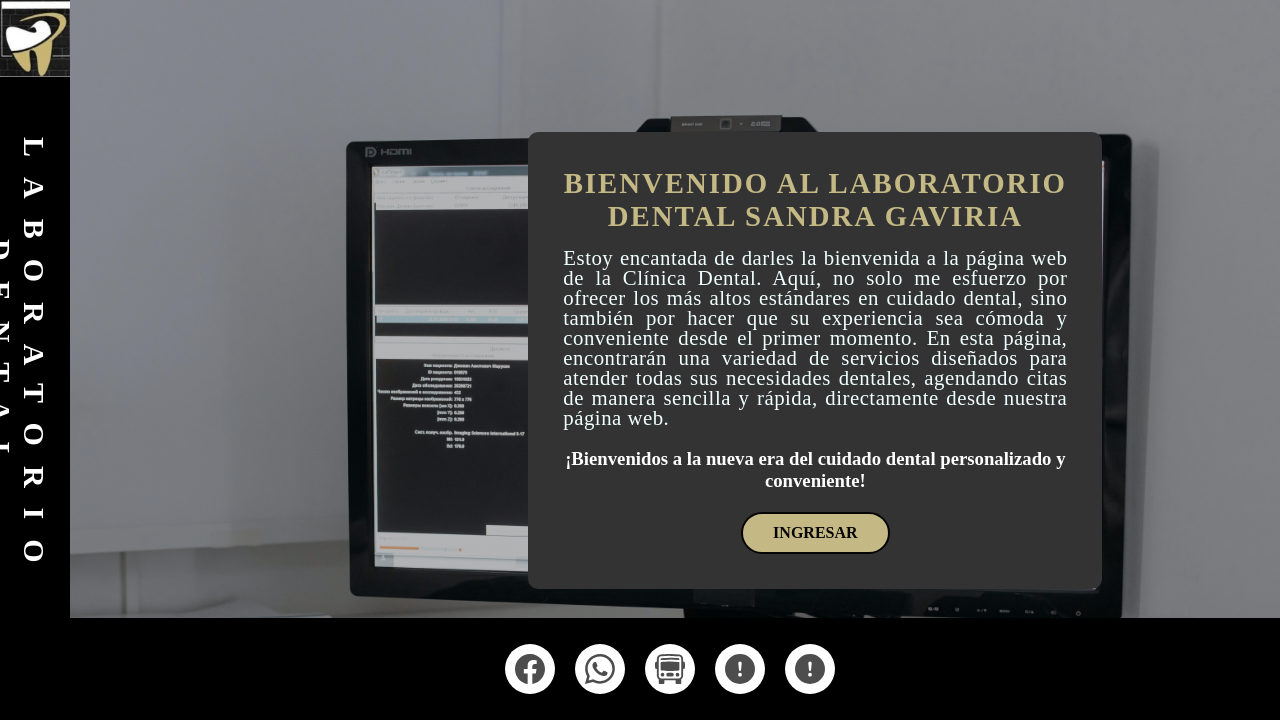
Repository: IIntef/ProyectoDental2.0
Page: Proyecto/Proyecto/Fer.html
The author's editor kept a copy of each file at every save. The page is drawn from the files as they stood at one save, then again after the next save.
The browser window is 1280 px wide. The pictures show the whole page.

Above is the page before, as saved 2024-06-21 14:03:44.

### Proyecto/Proyecto/Fer.html
<!DOCTYPE html>
<html lang="en">
<head>
    <meta charset="UTF-8">
    <meta name="viewport" content="width=device-width, initial-scale=1.0">
    <title>Inicio</title>
    <link rel="stylesheet" href="StyleFer.css">
<body>
    <header>
        <img src="Logo.jpeg" alt="Logo Laboratorio Dental">
        <h1>LABORATORIO DENTAL</h1>
    </header>
    <main>
        <div class="container">
            <h2>BIENVENIDO AL LABORATORIO DENTAL SANDRA GAVIRIA</h2>
            <p>Estoy encantada de darles la bienvenida a la página web de la Clínica Dental. Aquí, no solo me esfuerzo por ofrecer los más altos estándares
            en cuidado dental, sino también por hacer que su experiencia sea cómoda y conveniente desde el primer momento.
            En esta página, encontrarán una variedad de servicios diseñados para atender todas sus necesidades dentales, agendando citas de manera sencilla y rápida, directamente desde nuestra página web.</p>
            <h3>¡Bienvenidos a la nueva era del cuidado dental personalizado y conveniente!</h3>
            <div class="buttons">
                <a href="#" class="btn"> INGRESAR</a>
            </div>
        </div>
    </main>
    <footer>
        <ul class="example-2">
            <li class="icon-content">
            <a
                href="https://www.facebook.com/profile.php?id=100042873386422&mibextid=ZbWKwL"
                aria-label="Facebook"
                data-social="Facebook">
                <div class="filled"></div>
                <svg xmlns="http://www.w3.org/2000/svg" width="16" height="16" fill="currentColor" class="bi bi-facebook" viewBox="0 0 16 16">
                    <path d="M16 8.049c0-4.446-3.582-8.05-8-8.05C3.58 0-.002 3.603-.002 8.05c0 4.017 2.926 7.347 6.75 7.951v-5.625h-2.03V8.05H6.75V6.275c0-2.017 1.195-3.131 3.022-3.131.876 0 1.791.157 1.791.157v1.98h-1.009c-.993 0-1.303.621-1.303 1.258v1.51h2.218l-.354 2.326H9.25V16c3.824-.604 6.75-3.934 6.75-7.951"/>
                </svg>
            </a>
            <div class="tooltip">Facebook</div>
            </li>
            <li class="icon-content">
            <a href="#" aria-label="Whatsapp" data-social="Whatsapp">
                <div class="filled"></div>
                <svg xmlns="http://www.w3.org/2000/svg" width="16" height="16" fill="currentColor" class="bi bi-whatsapp" viewBox="0 0 16 16">
                    <path d="M13.601 2.326A7.85 7.85 0 0 0 7.994 0C3.627 0 .068 3.558.064 7.926c0 1.399.366 2.76 1.057 3.965L0 16l4.204-1.102a7.9 7.9 0 0 0 3.79.965h.004c4.368 0 7.926-3.558 7.93-7.93A7.9 7.9 0 0 0 13.6 2.326zM7.994 14.521a6.6 6.6 0 0 1-3.356-.92l-.24-.144-2.494.654.666-2.433-.156-.251a6.56 6.56 0 0 1-1.007-3.505c0-3.626 2.957-6.584 6.591-6.584a6.56 6.56 0 0 1 4.66 1.931 6.56 6.56 0 0 1 1.928 4.66c-.004 3.639-2.961 6.592-6.592 6.592m3.615-4.934c-.197-.099-1.17-.578-1.353-.646-.182-.065-.315-.099-.445.099-.133.197-.513.646-.627.775-.114.133-.232.148-.43.05-.197-.1-.836-.308-1.592-.985-.59-.525-.985-1.175-1.103-1.372-.114-.198-.011-.304.088-.403.087-.088.197-.232.296-.346.1-.114.133-.198.198-.33.065-.134.034-.248-.015-.347-.05-.099-.445-1.076-.612-1.47-.16-.389-.323-.335-.445-.34-.114-.007-.247-.007-.38-.007a.73.73 0 0 0-.529.247c-.182.198-.691.677-.691 1.654s.71 1.916.81 2.049c.098.133 1.394 2.132 3.383 2.992.47.205.84.326 1.129.418.475.152.904.129 1.246.08.38-.058 1.171-.48 1.338-.943.164-.464.164-.86.114-.943-.049-.084-.182-.133-.38-.232"/>
                </svg>
            </a>
            <div class="tooltip">Whatsapp</div>
            </li>
            <li class="icon-content">
            <a
                href="https://maps.app.goo.gl/ANEuUgRV9diJPPBv7"
                aria-label="Mapa"
                data-social="Mapa">
                <div class="filled"></div>
                <svg xmlns="http://www.w3.org/2000/svg" width="16" height="16" fill="currentColor" class="bi bi-bus-front" viewBox="0 0 16 16">
                    <path d="M5 11a1 1 0 1 1-2 0 1 1 0 0 1 2 0m8 0a1 1 0 1 1-2 0 1 1 0 0 1 2 0m-6-1a1 1 0 1 0 0 2h2a1 1 0 1 0 0-2zm1-6c-1.876 0-3.426.109-4.552.226A.5.5 0 0 0 3 4.723v3.554a.5.5 0 0 0 .448.497C4.574 8.891 6.124 9 8 9s3.426-.109 4.552-.226A.5.5 0 0 0 13 8.277V4.723a.5.5 0 0 0-.448-.497A44 44 0 0 0 8 4m0-1c-1.837 0-3.353.107-4.448.22a.5.5 0 1 1-.104-.994A44 44 0 0 1 8 2c1.876 0 3.426.109 4.552.226a.5.5 0 1 1-.104.994A43 43 0 0 0 8 3"/>
                    <path d="M15 8a1 1 0 0 0 1-1V5a1 1 0 0 0-1-1V2.64c0-1.188-.845-2.232-2.064-2.372A44 44 0 0 0 8 0C5.9 0 4.208.136 3.064.268 1.845.408 1 1.452 1 2.64V4a1 1 0 0 0-1 1v2a1 1 0 0 0 1 1v3.5c0 .818.393 1.544 1 2v2a.5.5 0 0 0 .5.5h2a.5.5 0 0 0 .5-.5V14h6v1.5a.5.5 0 0 0 .5.5h2a.5.5 0 0 0 .5-.5v-2c.607-.456 1-1.182 1-2zM8 1c2.056 0 3.71.134 4.822.261.676.078 1.178.66 1.178 1.379v8.86a1.5 1.5 0 0 1-1.5 1.5h-9A1.5 1.5 0 0 1 2 11.5V2.64c0-.72.502-1.301 1.178-1.379A43 43 0 0 1 8 1"/>
                </svg>
            </a>
            <div class="tooltip">Ubicacion</div>
            </li>
            <li class="icon-content">
            <a href="#" aria-label="Acercade" data-social="Acercade">
                <div id="ventanaInformativa" class="ventana">
                    <button id="cerrarVentana">Cerrar</button>
                    <h2>Información Importante</h2>
                    <p>Aquí va el contenido informativo interactivo.</p>
                </div>
                <script src="script.js"></script>
                <div class="filled"></div>
                <svg xmlns="http://www.w3.org/2000/svg" width="16" height="16" fill="currentColor" class="bi bi-exclamation-circle-fill" viewBox="0 0 16 16">
                    <path d="M16 8A8 8 0 1 1 0 8a8 8 0 0 1 16 0M8 4a.905.905 0 0 0-.9.995l.35 3.507a.552.552 0 0 0 1.1 0l.35-3.507A.905.905 0 0 0 8 4m.002 6a1 1 0 1 0 0 2 1 1 0 0 0 0-2"/>
                </svg>
            </a>
            <li class="icon-content">
                <a href="#" aria-label="Acercade" data-social="Acercade" id="abrirVentana">
                    <div class="filled"></div>
                    <svg xmlns="http://www.w3.org/2000/svg" width="16" height="16" fill="currentColor" class="bi bi-exclamation-circle-fill" viewBox="0 0 16 16">
                        <path d="M16 8A8 8 0 1 1 0 8a8 8 0 0 1 16 0M8 4a.905.905 0 0 0-.9.995l.35 3.507a.552.552 0 0 0 1.1 0l.35-3.507A.905.905 0 0 0 8 4m.002 6a1 1 0 1 0 0 2 1 1 0 0 0 0-2"/>
                    </svg>
                </a>
                <div class="tooltip">Sobre Nosotros</div>
            </li>

            <!-- Ventana informativa -->
            <div id="ventanaInformativa" class="ventana">
                <button id="cerrarVentana">Cerrar</button>
                <h2>Información Importante</h2>
                <p>Aquí va el contenido informativo interactivo.</p>
            </div>
                <script src="script.js"></script>
            </div>
            </li>
        </ul>
    </footer>
</body>
</html>

### Proyecto/Proyecto/StyleFer.css
header{
    position: relative;
    background-color: #000000;
    width: fit-content;
    height: 100vh;
    display: flex;
    flex-direction: column;
    align-items: center;
    justify-content: space-between;
    z-index: 1;
}

header h1 {
        position: absolute;
        top: 0;
        bottom: 0;
        left: 0;
        right: 0;
        margin: 27%;
        writing-mode: vertical-rl;
        letter-spacing: 20px;
        font-size: 30px;
        transform: rotate(0deg);
        color: #fff;
        font-weight: bold;
    }


header img {
    width: 8vw;
    max-width: 70px;
}

main{
    width: 100%;
    justify-content:center;
    align-items: center;
    margin-left: calc(55% - 6.5cm);
}

.container{
    flex: 1;
    background-color: #333;
    color: #ffffff;
    padding: 35px;
    text-align: center;
    width: 70vw;
    max-width: 70vh;
    border-radius: 10px;
}
body {
    padding: 0;
    margin: 0;
    font-family: 'Times New Roman', Times, serif, Helvetica, Arial, sans-serif;
    display: flex;
    align-items: center;
    min-height: 100%;
    background: linear-gradient(rgba(5,7,12,0.3), rgba(5,7,12,0.3)), url("Fondo.jpg"), no-repeat center center fixed;
    width: 100%;
    background-size: cover;
}

h1{
    margin: 0;
    color: white;
    font-family: 'Fredoka One', cursive;
    letter-spacing: 2px;
    font-size: clamp(1.5rem, 2.5vw, 2rem);
    text-align: center;
}

h2{
    margin: 0;
    color: #c4b884;
    font-family: 'Fredoka One';
    letter-spacing: 2px;
    font-size: clamp(1.2rem, 2.5vw, 1.8rem);
    text-align:center;
}

h3{
    color: #ffffff;
}

p{
    font-weight: 100;
    line-height: 20px;
    letter-spacing: 0.5px;
    margin: 15px 0 20px;
    font-size: clamp(1.2rem, 2.5vw, 1.3rem);
    text-align: justify;
    color:azure;
}


.buttons {
    margin-top: 20px;
    align-items: center;
}

.btn:link,
.btn:visited {
text-transform: "Fredoka one";
text-decoration: none;
font-weight: 900;
background-color: #c4b884;
color: rgb(5, 5, 5);
padding: 10px 30px;
border: 2px solid;
border-radius: 1000px;
display: inline-block;
transition: all .2s;
position: relative;
}

.btn:hover {
transform: translateY(-5px);
box-shadow: 0 10px 20px rgb(172, 158, 80);
}

.btn:active {
transform: translateY(-3px);
}

.btn::after {
content: "";
display: inline-block;
height: 100%;
width: 100%;
border-radius: 100px;
top: 0;
left: 0;
position: absolute;
z-index: -1;
transition: all .3s;
}

.btn:hover::after {
background-color: rgb(190, 185, 107);
transform: scaleX(1.4) scaleY(1.5);
opacity: 0;
}

footer{
    position: fixed; /* Fijar el pie de página */
    bottom: 0; /* Alinearlo al fondo */
    left: 0; /* Alinearlo a la izquierda */
    width: 100%; /* Ocupar todo el ancho */
    background-color: #000000; /* Color de fondo */
    padding: 10px; /* Espaciado interior */
    text-align: right; /* Alinear contenido a la derecha */
    color: #ffffff; /* Color del texto */
}
h6{
    text-align: center;
    letter-spacing: 0cap;
}

footer img {
    width: 8vw;
    max-width: 70px;
}

iframe img{
    width: 8vw;
    max-width: 70px;
}

ul {
    list-style: none;
}

.example-2 {
    display: flex;
    justify-content: center;
    align-items: center;
}

.example-2 .icon-content {
    margin: 0 10px;
    position: relative;
}
.example-2 .icon-content .tooltip {
    position: absolute;
    top: -30px;
    left: 50%;
    transform: translateX(-50%);
    color: #fff;
    padding: 6px 10px;
    border-radius: 5px;
    opacity: 0;
    visibility: hidden;
    font-size: 14px;
    transition: all 0.3s ease;
}

.example-2 .icon-content:hover .tooltip {
    opacity: 1;
    visibility: visible;
    top: -50px;
}
.example-2 .icon-content a {
    position: relative;
    overflow: hidden;
    display: flex;
    justify-content: center;
    align-items: center;
    width: 50px;
    height: 50px;
    border-radius: 50%;
    color: #4d4d4d;
    background-color: #fff;
    transition: all 0.3s ease-in-out;
}

.example-2 .icon-content a:hover {
    box-shadow: 3px 2px 45px 0px rgb(0 0 0 / 12%);
}

.example-2 .icon-content a svg {
    position: relative;
    z-index: 1;
    width: 30px;
    height: 30px;
}

.example-2 .icon-content a:hover {
    color: white;
}

.example-2 .icon-content a .filled {
    position: absolute;
    top: auto;
    bottom: 0;
    left: 0;
    width: 100%;
    height: 0;
    background-color: #000;
    transition: all 0.3s ease-in-out;
}

.example-2 .icon-content a:hover .filled {
    height: 100%;
}

.example-2 .icon-content a[data-social="Facebook"] .filled,
.example-2 .icon-content a[data-social="Facebook"] ~ .tooltip {
    background-color: #142fcc;
}

.example-2 .icon-content a[data-social="Whatsapp"] .filled,
.example-2 .icon-content a[data-social="Whatsapp"] ~ .tooltip {
    background-color: #258525;
}
.example-2 .icon-content a[data-social="Mapa"] .filled,
.example-2 .icon-content a[data-social="Mapa"] ~ .tooltip {
    background-color: rgb(153, 62, 62);
}
.example-2 .icon-content a[data-social="Acercade"] .filled,
.example-2 .icon-content a[data-social="Acercade"] ~ .tooltip {
    background-color: #837431;
}

.tooltip {
    text-align: center;
}

.ventana {
    position: fixed;
    top: 50%;
    left: 50%;
    transform: translate(-50%, -50%);
    background-color: #fff;
    padding: 20px;
    border: 1px solid #ccc;
    box-shadow: 0 0 10px rgba(0, 0, 0, 0.1);
    display: none;
}

.ventana h2 {
    font-size: 1.5rem;
    margin-bottom: 10px;
}

.ventana p {
    font-size: 1rem;
}

.ventana button {
    position: absolute;
    top: 10px;
    right: 10px;
}

### Proyecto/Proyecto/script.js
document.addEventListener('DOMContentLoaded', function() {
    var abrirVentana = document.getElementById('abrirVentana');
    var cerrarVentana = document.getElementById('cerrarVentana');
    var ventanaInformativa = document.getElementById('ventanaInformativa');

    abrirVentana.addEventListener('click', function(e) {
        e.preventDefault(); // Previene el comportamiento predeterminado del enlace
        ventanaInformativa.style.display = 'block';
    });

    cerrarVentana.addEventListener('click', function() {
        ventanaInformativa.style.display = 'none';
    });
});

After the next save:
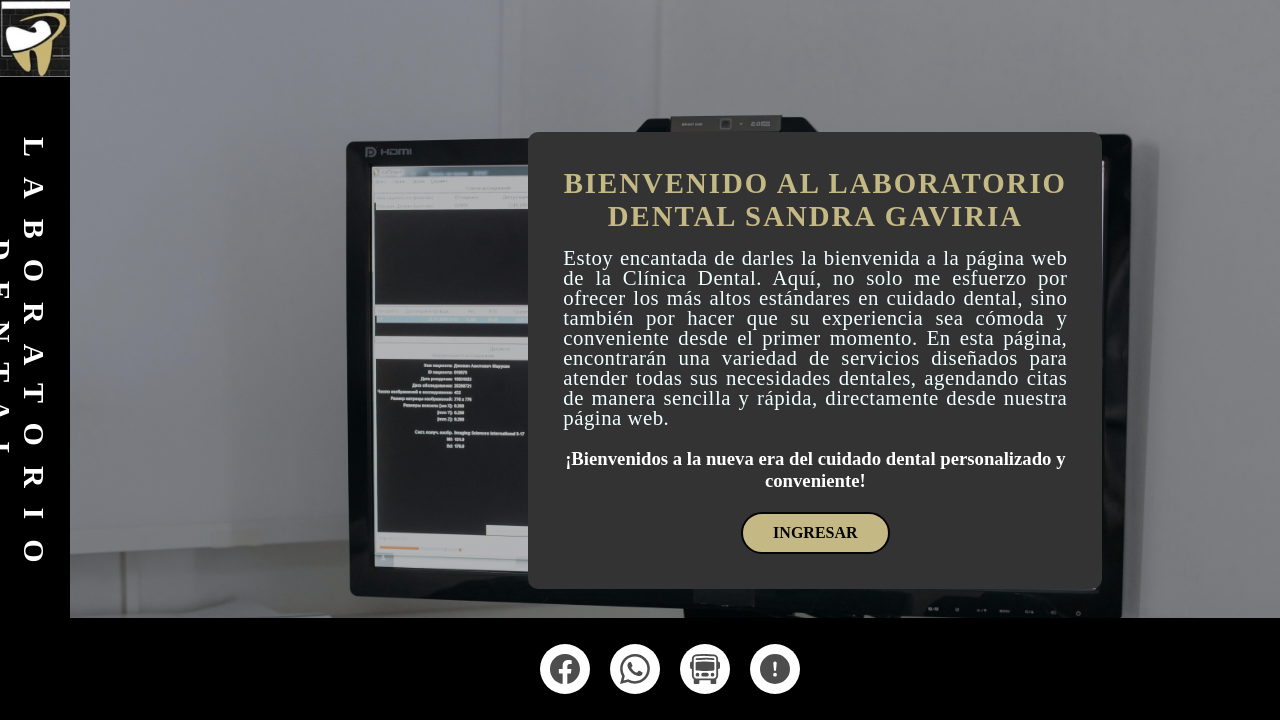
Saved 32 s later.
--- a/Proyecto/Proyecto/Fer.html
+++ b/Proyecto/Proyecto/Fer.html
@@ -59,19 +59,6 @@
             <div class="tooltip">Ubicacion</div>
             </li>
             <li class="icon-content">
-            <a href="#" aria-label="Acercade" data-social="Acercade">
-                <div id="ventanaInformativa" class="ventana">
-                    <button id="cerrarVentana">Cerrar</button>
-                    <h2>Información Importante</h2>
-                    <p>Aquí va el contenido informativo interactivo.</p>
-                </div>
-                <script src="script.js"></script>
-                <div class="filled"></div>
-                <svg xmlns="http://www.w3.org/2000/svg" width="16" height="16" fill="currentColor" class="bi bi-exclamation-circle-fill" viewBox="0 0 16 16">
-                    <path d="M16 8A8 8 0 1 1 0 8a8 8 0 0 1 16 0M8 4a.905.905 0 0 0-.9.995l.35 3.507a.552.552 0 0 0 1.1 0l.35-3.507A.905.905 0 0 0 8 4m.002 6a1 1 0 1 0 0 2 1 1 0 0 0 0-2"/>
-                </svg>
-            </a>
-            <li class="icon-content">
                 <a href="#" aria-label="Acercade" data-social="Acercade" id="abrirVentana">
                     <div class="filled"></div>
                     <svg xmlns="http://www.w3.org/2000/svg" width="16" height="16" fill="currentColor" class="bi bi-exclamation-circle-fill" viewBox="0 0 16 16">
